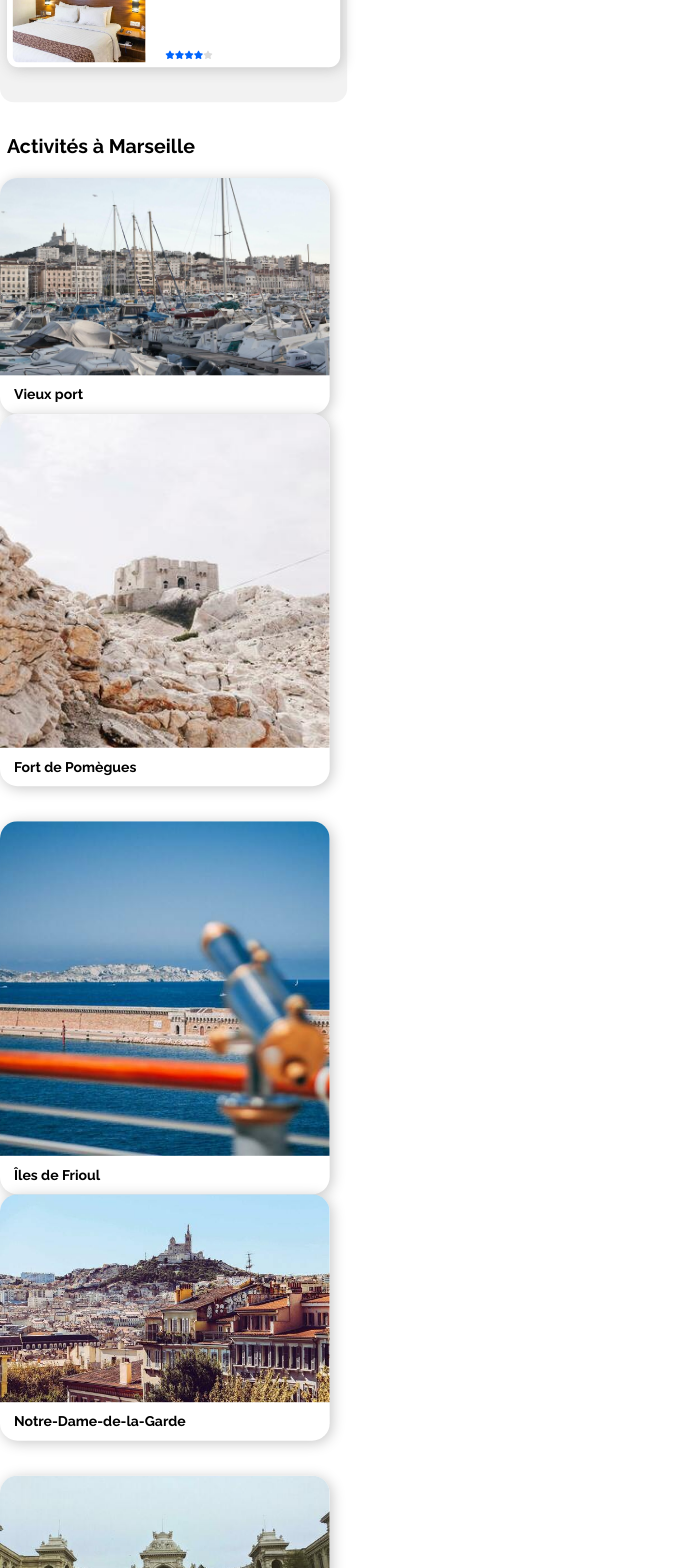
Repository: leandroBarbosaFR/booki
Page: index.html
An editor plug-in stored every save of this project. The page is shown before and after the next save, followed by the edit.
The browser window is 991 px wide. The pictures show the part of the page from y = 2013 to 4253 px (the page is 5109 px tall before and 4457 px after), at 70% of full size.

Above is the page before, as saved 2022-07-22 15:56:21.

After the next save:
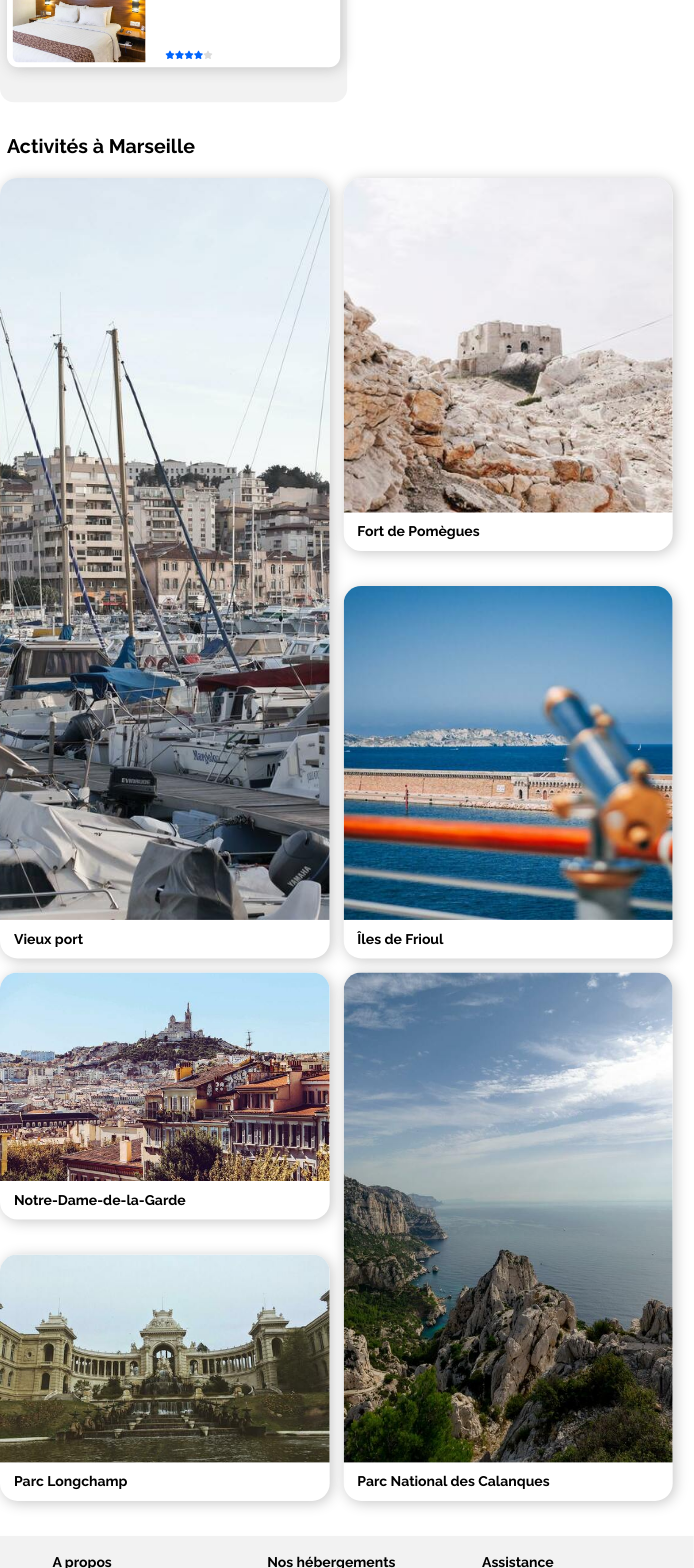
Saved 28 s later.
--- a/css/style.css
+++ b/css/style.css
@@ -562,7 +562,7 @@
   .activitesdeux {
       flex-wrap: wrap;
       height: initial;
-      gap: 20%;
+      gap: 20px;
   }
   .afficher {
       padding-bottom: 20px;
